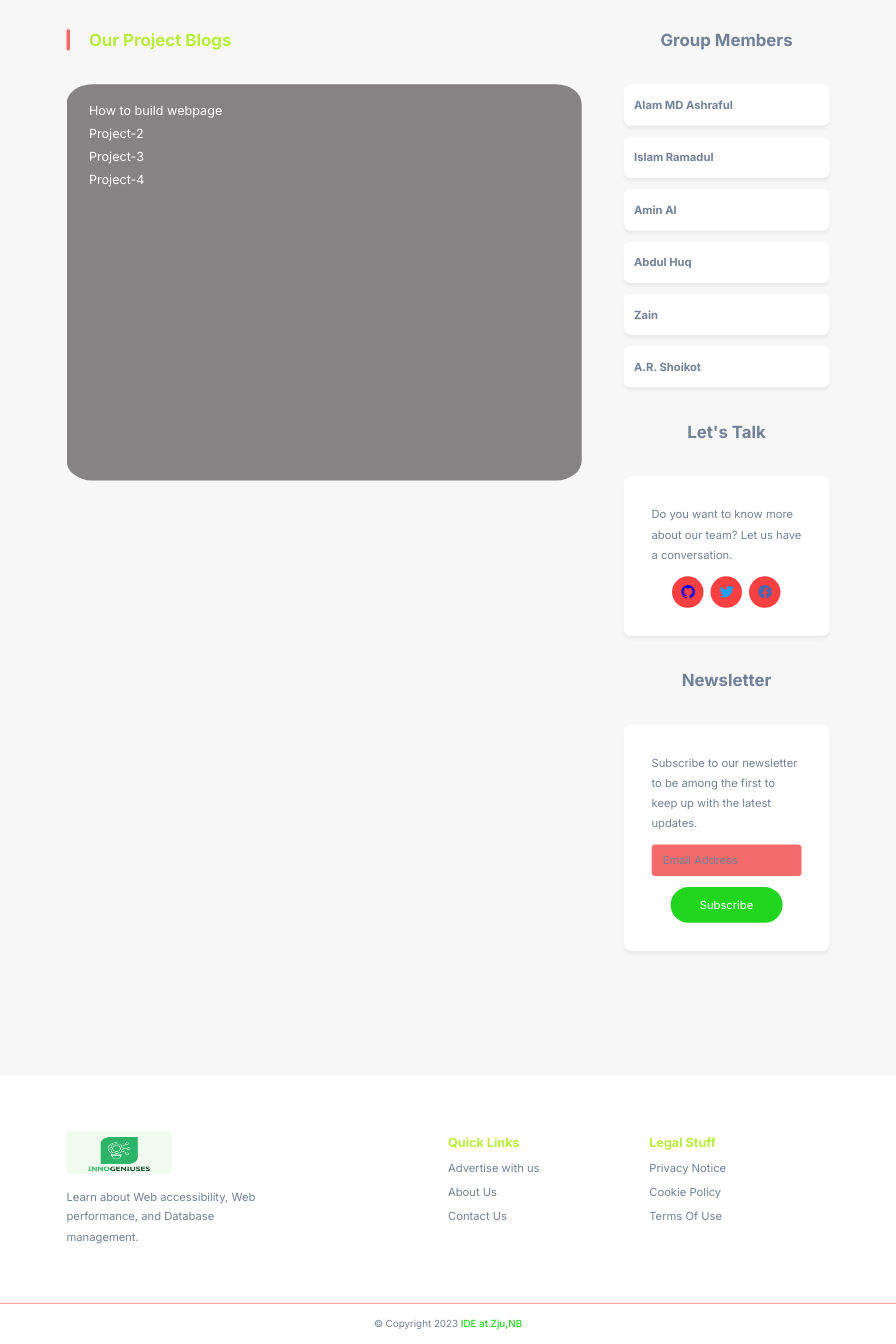
Repository: ramizraaz/zjuTeam
Page: index.html
These files come from the project's save history. The page is drawn as it stood at one moment and after the next save; the edit follows.
The browser window is 1280 px wide. The pictures show the part of the page from y = 655 to 2575 px (the page is 2575 px tall before and 2549 px after), at 70% of full size.
A picture or video elsewhere on the page could not be fetched, so the positions and the page height are approximate.

Above is the page before, as saved 2023-10-23 03:09:08.

### index.html
<!DOCTYPE html>
<html lang="en">

<head>
    <meta charset="UTF-8">
    <meta http-equiv="X-UA-Compatible" content="IE=edge">
    <meta name="viewport" content="width=device-width, initial-scale=1.0">
    <title>Team InnoGeniuses</title>


    <!--
custom css link
  -->
    <link rel="stylesheet" href="main.css">

    <!--
    - google font link
  -->
    <link rel="preconnect" href="https://fonts.googleapis.com">
    <link rel="preconnect" href="https://fonts.gstatic.com" crossorigin>
    <link href="https://fonts.googleapis.com/css2?family=Inter:wght@400;500;600;700;900&display=swap" rel="stylesheet">
</head>

<body class="light-theme">

    <!--
    - #HEADER
  -->

    <header>

        <div class="container">

            <nav class="navbar">

                <a href="#">
                    <img src="img/teamLogoDark.png" alt="Team LoGo" width="150" height="80" style="border-radius: 25%;" class="logo-light">
                    <img src="img/teamLogo.png" alt="Team logo" width="150" height="80" style="border-radius: 25%;" class="logo-dark">
                </a>

                <div class="btn-group">

                    <button class="theme-btn theme-btn-mobile light">
                        <ion-icon name="moon" class="moon"></ion-icon>
                        <ion-icon name="sunny" class="sun"></ion-icon>
                    </button>

                    <button class="nav-menu-btn">
                        <ion-icon name="menu-outline"></ion-icon>
                    </button>

                </div>

                <div class="flex-wrapper">

                    <ul class="desktop-nav">

                        <li>
                            <a href="#home" class="nav-link">Home</a>
                        </li>

                        <li>
                            <a href="#project" class="nav-link">Projects</a>
                        </li>

                        <li>
                            <a href="#contact" class="nav-link">Contact US</a>
                        </li>

                    </ul>

                    <button class="theme-btn theme-btn-desktop light">
                        <ion-icon name="moon" class="moon"></ion-icon>
                        <ion-icon name="sunny" class="sun"></ion-icon>
                    </button>

                </div>

                <div class="mobile-nav">

                    <button class="nav-close-btn">
                        <ion-icon name="close-outline"></ion-icon>
                    </button>

                    <div class="wrapper">

                        <p class="h3 nav-title">Main Menu</p>

                        <ul>
                            <li class="nav-item">
                                <a href="#home" class="nav-link">Home</a>
                            </li>

                            <li class="nav-item">
                                <a href="#project" class="nav-link">Projects</a>
                            </li>

                            <li class="nav-item">
                                <a href="#contact" class="nav-link">Contact Us</a>
                            </li>
                        </ul>

                    </div>
                </div>

            </nav>

        </div>

    </header>





    <main>

        <!-- #HERO SECTION-->

        <div class="hero" id="home">

            <div class="container">

                <div class="left">

                    <h1 class="h1">
                        Hi, We're <b>Team&nbsp;InnoGeniuses</b>.
                        <br>at Zju,NB.
                    </h1>

                    <p class="h3">
                        Your problems <abbr title="Accessibility">is</abbr> our opportunity
                    </p>

                    <div class="btn-group">
                        <a href="#project" class="btn btn-primary">Projects</a>
                        <a href="#contact" class="btn btn-secondary">About us</a>
                    </div>

                </div>

                <div class="right">

                    <div class="pattern-bg"></div>
                    <div class="img-box">
                        <img src="img/teamPhoto.jpg" alt="Group Photo" class="hero-img">
                    </div>

                </div>

            </div>

        </div>





        <div class="main">

            <div class="container" id="project">

                <!--BLOG SECTION-->

                <div class="blog">

                    <h2 class="h2">Our Project Blogs</h2>
                    <div class="sidebar">
                        <ul>
                            <li><a href="index2.html" target="_blank">How to build webpage</a></li>
                            <li><a href="#">Project-2</a></li>
                            <li><a href="#">Project-3</a></li>
                            <li><a href="#">Project-4</a></li>
                        </ul>
                    </div>

                </div>





                <!-- ASIDE-->

                <div class="aside">

                    <div class="topics">

                        <h2 class="h2">Group Members</h2>

                        <a href="https://ashraful756.github.io/Ashraful_Profile/" target="_blank" class="topic-btn">
                            <p>Alam MD Ashraful</p>
                        </a>
                        <a href="https://ramizraaz.github.io/ZjuProtfolio/" target="_blank" class="topic-btn">
                            <p>Islam Ramadul</p>
                        </a>
                        <a href="https://aminal333.github.io/alamin.filmart/" target="_blank" class="topic-btn">
                            <p>Amin Al</p>
                        </a>
                        <a href="https://abdulhaq2.github.io/DIGITAL-INDUSTRIAL-DESIGN-REVOLUTION/" target="_blank" class="topic-btn">
                            <p>Abdul Huq</p>
                        </a>
                        <a href="https://zainashiq467.github.io/MyProfile/" target="_blank" class="topic-btn">
                            <p>Zain</p>
                        </a>
                        <a href="https://arshoikot1.github.io/arshoikotProtfolio/" target="_blank" class="topic-btn">
                            <p>A.R. Shoikot</p>
                        </a>
                    </div>
                    <div class="contact" id="contact">

                        <h2 class="h2">Let's Talk</h2>

                        <div class="wrapper">

                            <p>
                                Do you want to know more about our team? Let us have a conversation.
                            </p>

                            <ul class="social-link">

                                <li>
                                    <a href="https://github.com/NexMaker-Fab/2023zjudem-INNOGENIUSES" class="icon-box github">
                                        <ion-icon name="logo-github"></ion-icon>
                                    </a>
                                </li>

                                <li>
                                    <a href="#" class="icon-box twitter">
                                        <ion-icon name="logo-twitter"></ion-icon>
                                    </a>
                                </li>

                                <li>
                                    <a href="#" class="icon-box facebook">
                                        <ion-icon name="logo-facebook"></ion-icon>
                                    </a>
                                </li>

                            </ul>

                        </div>

                    </div>

                    <div class="newsletter">

                        <h2 class="h2">Newsletter</h2>

                        <div class="wrapper">

                            <p>
                                Subscribe to our newsletter to be among the first to keep up with the latest updates.
                            </p>

                            <form action="#">
                                <input type="email" name="email" placeholder="Email Address" required>

                                <button type="submit" class="btn btn-primary">Subscribe</button>
                            </form>

                        </div>

                    </div>

                </div>

            </div>

        </div>

    </main>



    <!-- #FOOTER-->

    <footer>

        <div class="container">

            <div class="wrapper">

                <a href="#" class="footer-logo">
                    <img src="img/teamLogo.png" alt="Team Logo" width="150" height="60" class="logo-light">
                    <img src="img/teamLogo.png" alt="Team Logo" width="150" height="60" class="logo-dark">
                </a>

                <p class="footer-text">
                    Learn about Web accessibility, Web performance, and Database management.
                </p>

            </div>

            <div class="wrapper">

                <p class="footer-title">Quick Links</p>

                <ul>

                    <li>
                        <a href="#" class="footer-link">Advertise with us</a>
                    </li>

                    <li>
                        <a href="#" class="footer-link">About Us</a>
                    </li>

                    <li>
                        <a href="#" class="footer-link">Contact Us</a>
                    </li>

                </ul>

            </div>

            <div class="wrapper">

                <p class="footer-title">Legal Stuff</p>

                <ul>

                    <li>
                        <a href="#" class="footer-link">Privacy Notice</a>
                    </li>

                    <li>
                        <a href="#" class="footer-link">Cookie Policy</a>
                    </li>

                    <li>
                        <a href="#" class="footer-link">Terms Of Use</a>
                    </li>

                </ul>

            </div>

        </div>

        <p class="copyright">
            &copy; Copyright 2023 <a href="https://github.com/NexMaker-Fab/2023zjudem-team2" target="_blank">IDE at
                Zju,NB</a>
        </p>

    </footer>





    <!--
    - custom js link
  -->
    <script src="js/script.min.js"></script>

    <!--
    - ionicon link
  -->
    <script type="module" src="https://unpkg.com/ionicons@5.5.2/dist/ionicons/ionicons.esm.js"></script>
    <script nomodule src="https://unpkg.com/ionicons@5.5.2/dist/ionicons/ionicons.js"></script>
</body>

</html>

Loaded but not shown: js/script.min.js (common file); main.css (926 lines, source omitted)

After the next save:
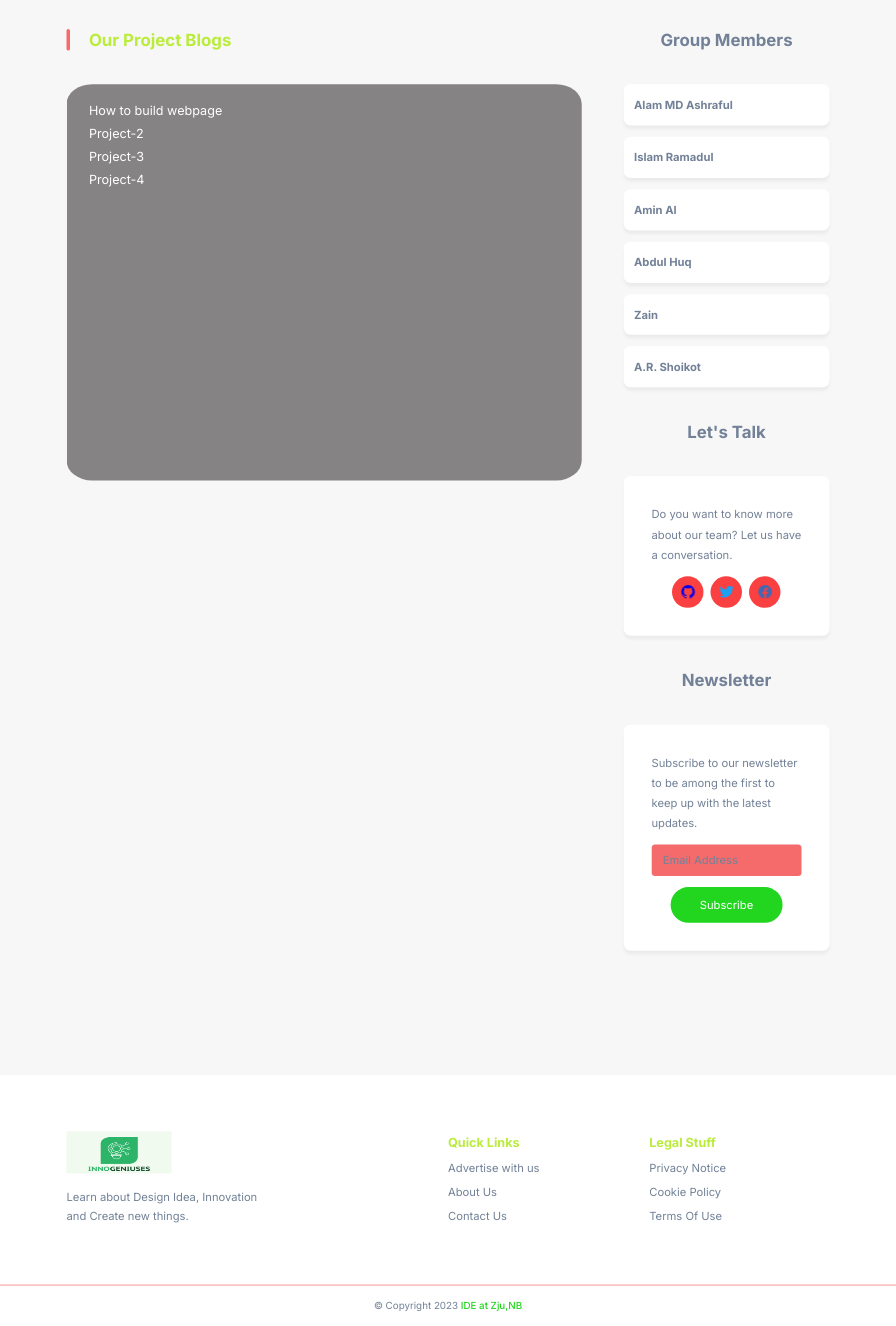
Saved 95 s later.
--- a/index.html
+++ b/index.html
@@ -287,7 +287,7 @@ custom css link
                 </a>
 
                 <p class="footer-text">
-                    Learn about Web accessibility, Web performance, and Database management.
+                    Learn about Design Idea, Innovation and Create new things.
                 </p>
 
             </div>
